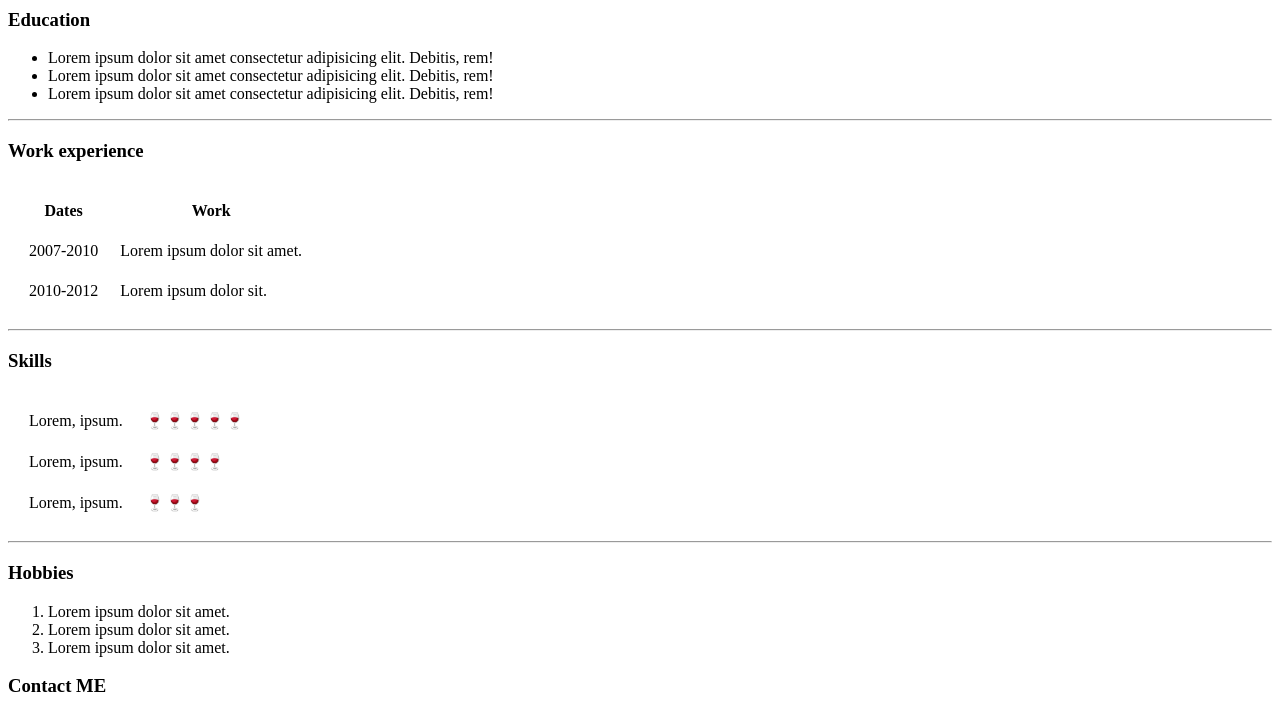
Repository: Isanderr/simple_landing_page-1
Page: index.html
These files come from the project's save history. The page is drawn as it stood at one moment and after a run of saves; the edit follows.
The browser window is 1280 px wide. The pictures show the part of the page from y = 354 to 1070 px (the page is 1070 px tall).
A picture or video elsewhere on the page could not be fetched, so the positions and the page height are approximate.

Above is the page before, as saved 2019-01-28 23:20:26.

After the next 2 saves:
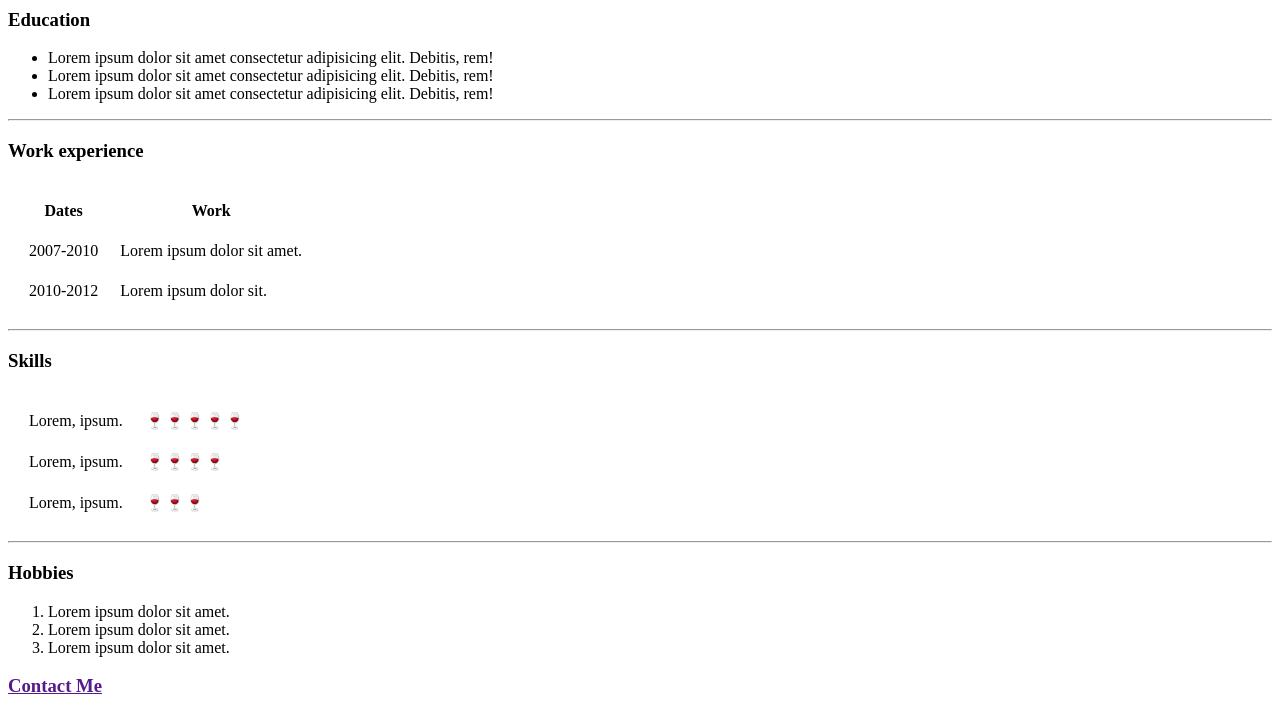
The 2 saves are shown as one change because they came seconds apart.
The last was saved 2 min 2 s later.
--- a/index.html
+++ b/index.html
@@ -69,7 +69,7 @@
             <li>Lorem ipsum dolor sit amet.</li>
             <li>Lorem ipsum dolor sit amet.</li>
         </ol>
-        <h3>Contact ME</h3>
+        <h3><a href="">Contact Me</a></h3>
     </body>
 
 </html>
